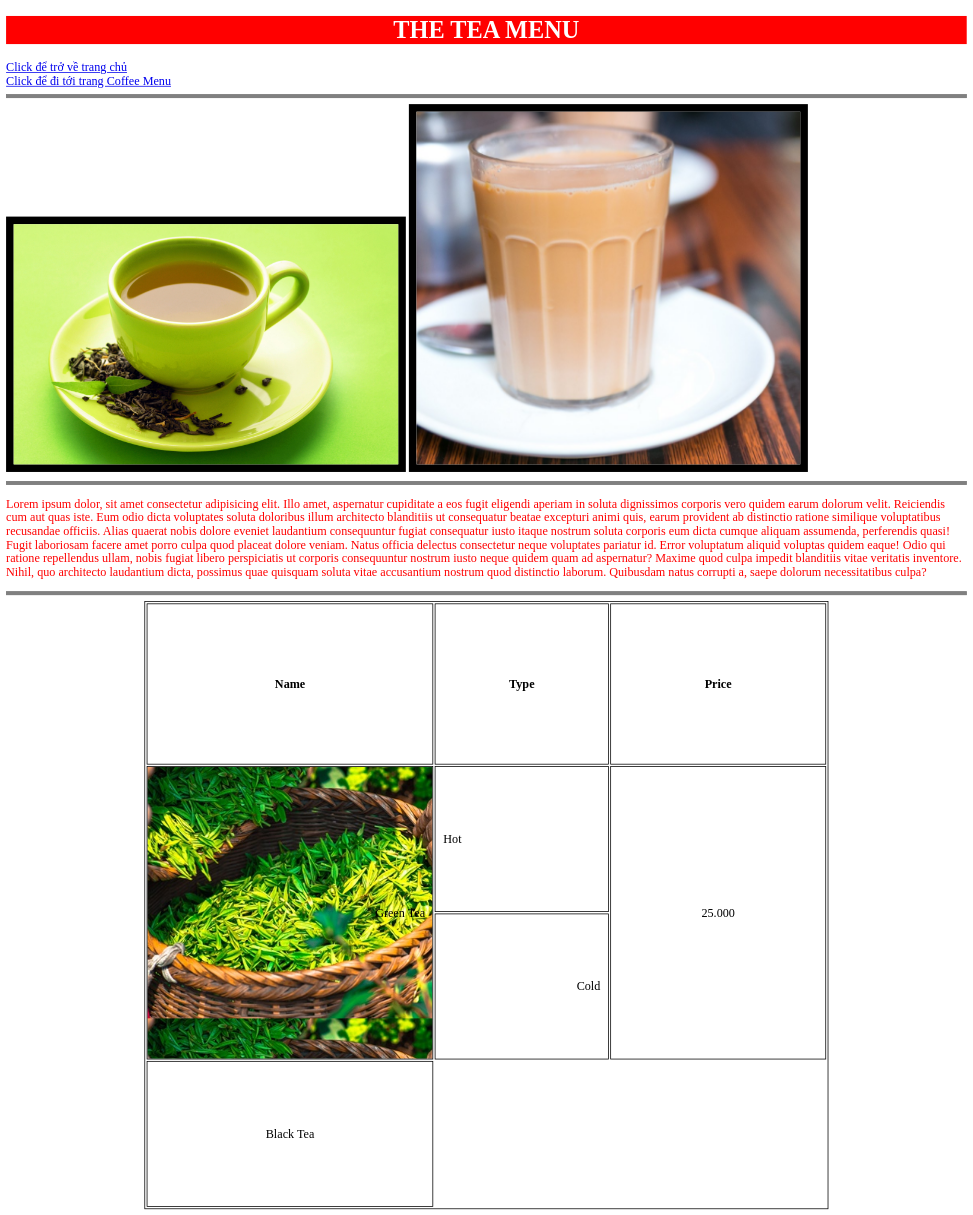
Repository: giahuy405/HomeWork_Coffee
Page: tea.html
These files come from the project's save history. The page is drawn as it stood at one moment and after the next save; the edit follows.
The browser window is 1280 px wide. The pictures show the whole page, at 76% of full size.

Above is the page before, as saved 2022-09-07 11:43:08.

After the next save:
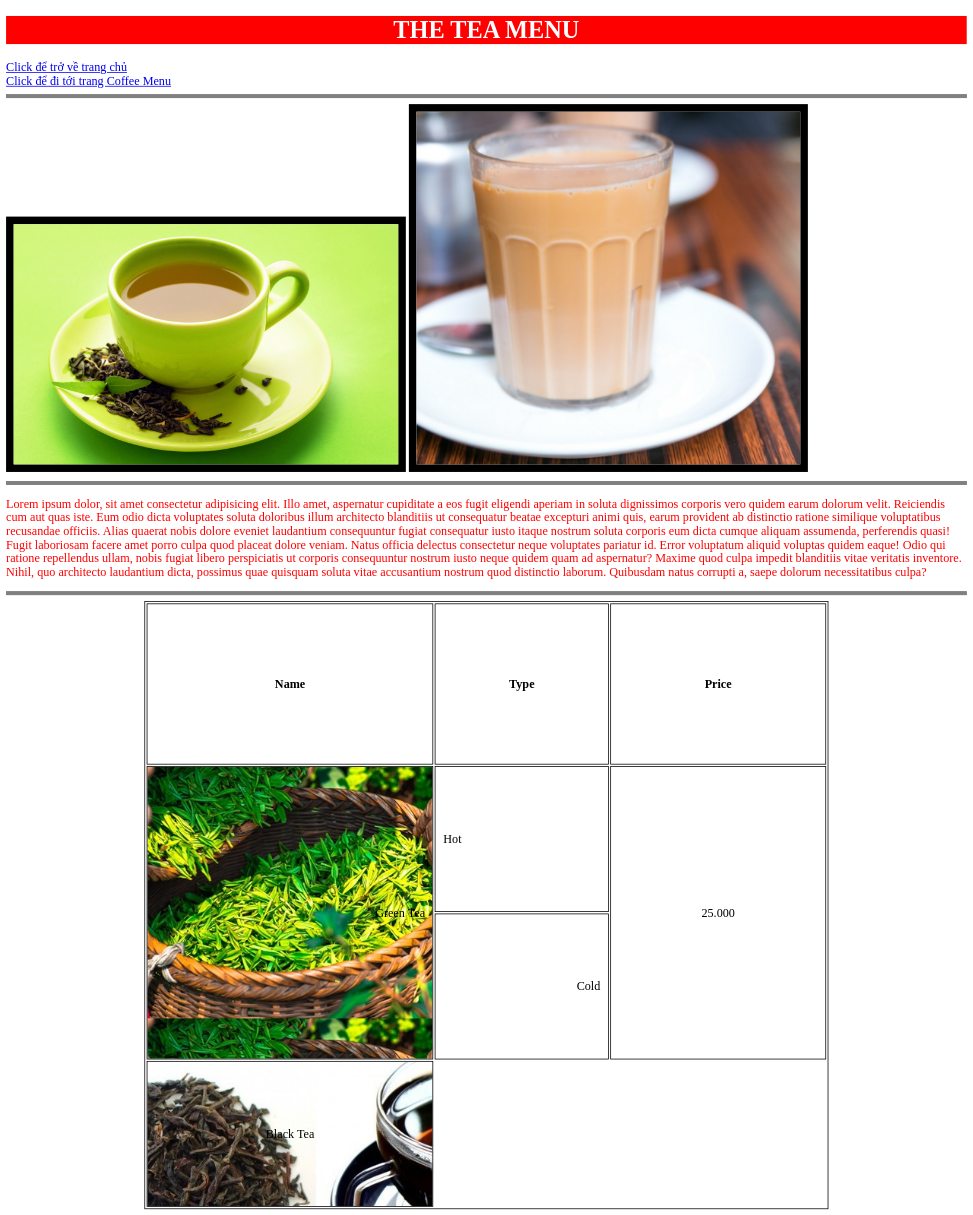
Saved 16 s later.
--- a/tea.html
+++ b/tea.html
@@ -37,7 +37,7 @@
             <td style="text-align: right;">Cold</td>
         </tr>
         <tr>
-            <td style="text-align:center">Black Tea</td>
+            <td style="text-align:center;background-image: url(./img/blacktea.jpg);">Black Tea</td>
         </tr>
 
     </table>
